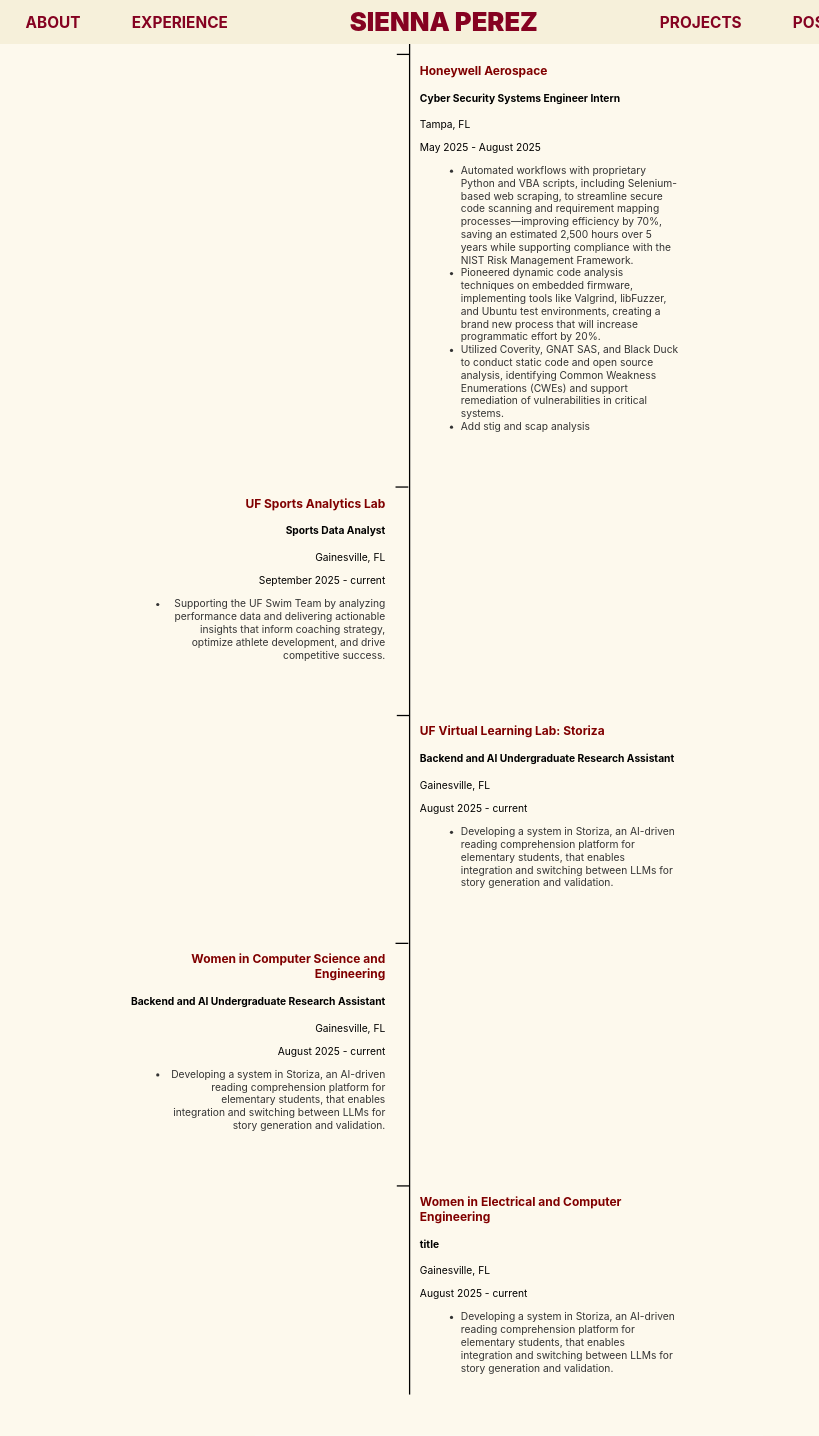
Repository: siennaperez/siennaperezweb
Page: /experience
An editor plug-in stored every save of this project. The page is shown before and after the next save, followed by the edit.
The browser window is 1280 px wide. The pictures show the whole page, at 64% of full size.
The project was rebuilt for these pictures with package versions that can differ from the ones it lists, and the page was loaded fresh each time. Also part of the build but not shown: src/App.css, src/pages/About.css, src/pages/About.js, src/pages/Home.js.

Above is the page before, as saved 2025-09-21 15:27:16.

After the next save:
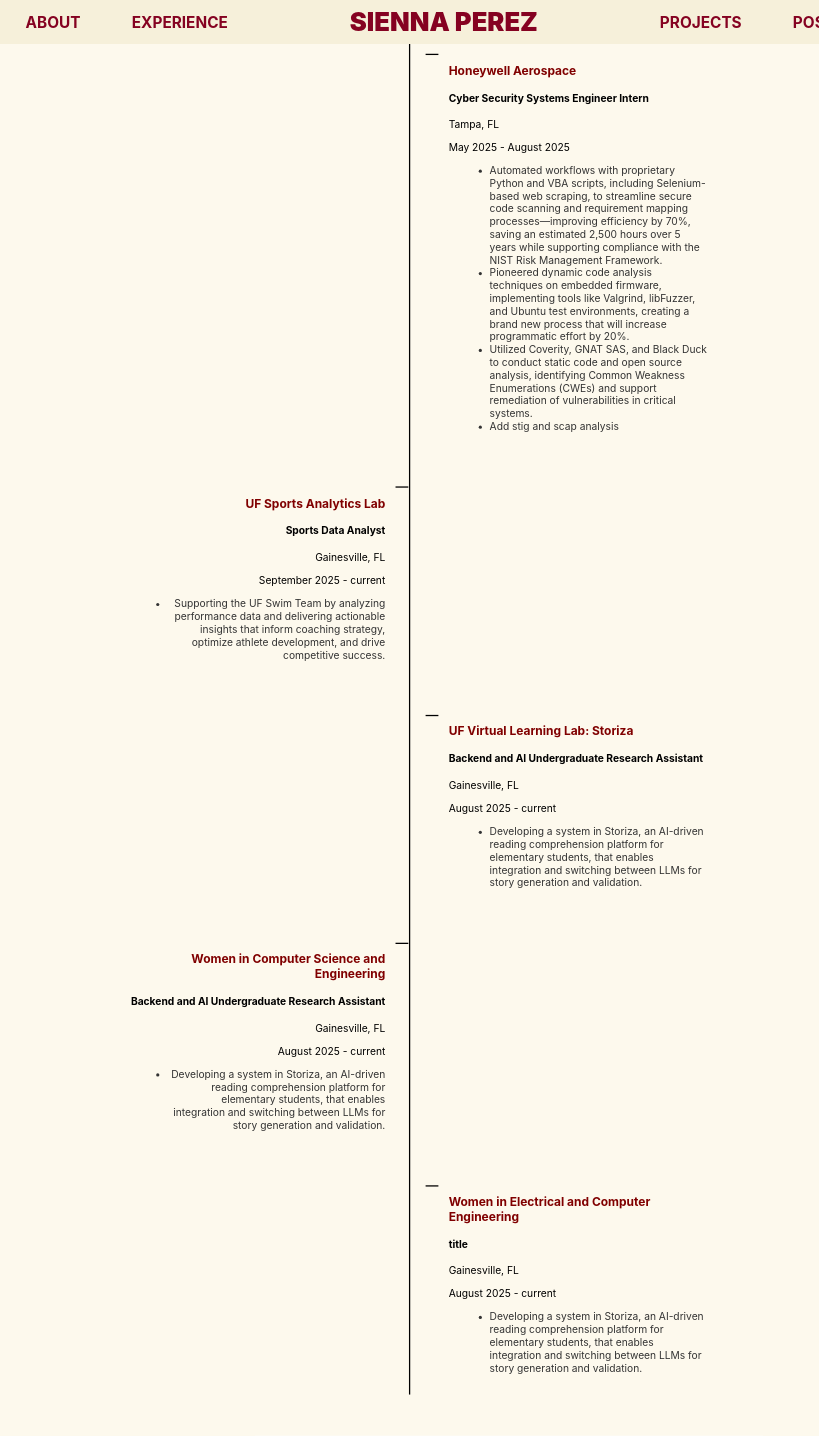
Saved 8 s later.
--- a/src/pages/Experience.css
+++ b/src/pages/Experience.css
@@ -47,7 +47,7 @@
 
 .timeline-item.right {
   text-align: left;
-  left: 50%;
+  left: 55%;
 }
 
 /* Add connector line */
